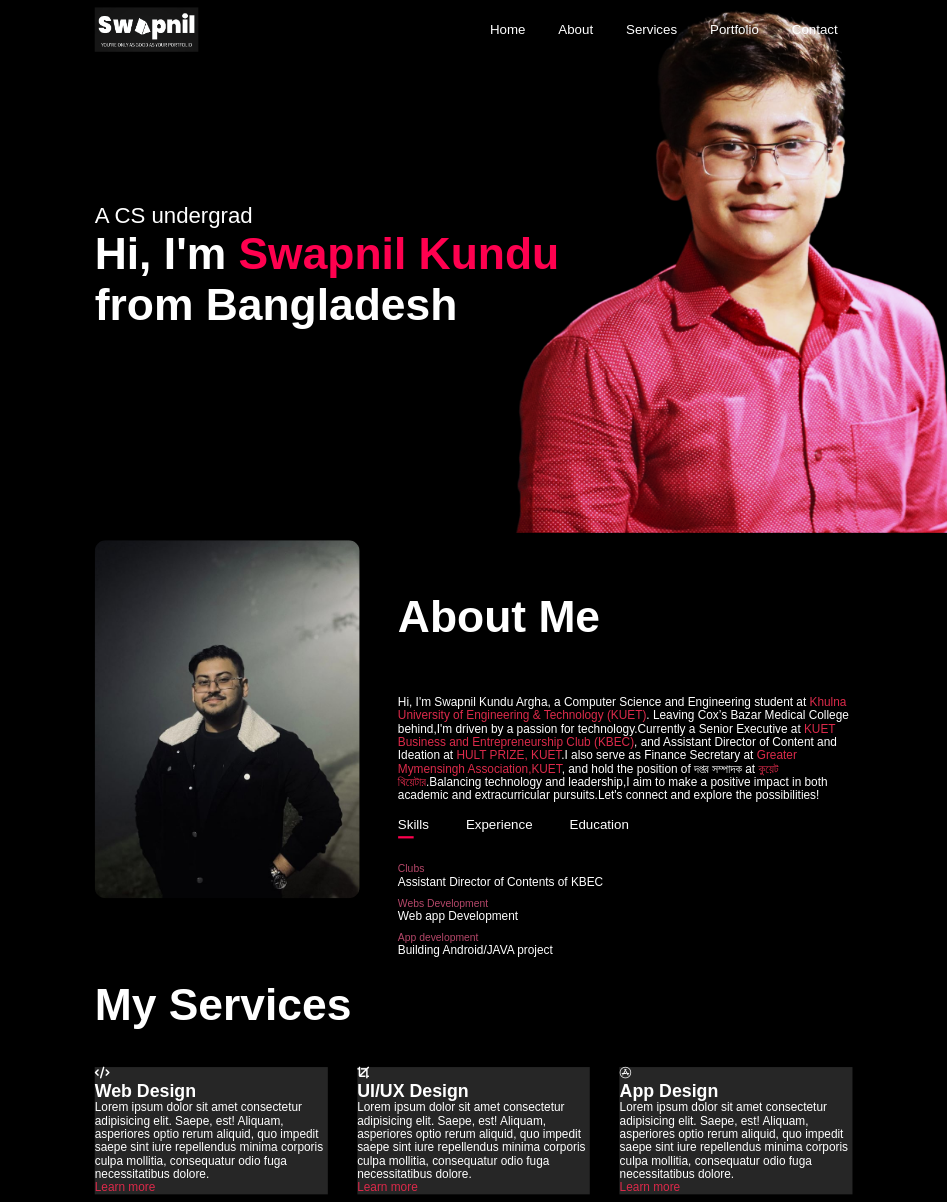
Repository: SwapnilKundu/portfolio
Page: index.html
An editor plug-in stored every save of this project. The page is shown before and after the next save, followed by the edit.
The browser window is 1280 px wide. The pictures show the whole page, at 74% of full size.
Some web libraries are served in a nearby version.

Above is the page before, as saved 2024-01-20 10:16:07.

### index.html
<!DOCTYPE html>
<html lang="en">
<head>
    <meta charset="UTF-8">
    <meta name="viewport" content="width=device-width, initial-scale=1.0">
    <title>Personal Portfolio Website</title>
    <link rel="stylesheet" href="style.css">
    <script src="https://kit.fontawesome.com/74456a4746.js" crossorigin="anonymous"></script>
</head>
<body>
  <div id="header">
    <div class="container">
        <nav>
            <img src="images/logo1.png" class="logo" width="40" height="60">
            <ul>
                <li><a href ="#">Home</a></li>
                <li><a href ="#">About</a></li>
                <li><a href ="#">Services</a></li>
                <li><a href ="#">Portfolio</a></li>
                <li><a href ="#">Contact</a></li>
            </ul>
        </nav>
        <div class="header-text">
            <p>A CS undergrad </p>
            <h1>Hi, I'm <span>Swapnil Kundu</span> <br> from Bangladesh</h1>
        </div>
    </div>
  </div>
  <div id="about">
    <div class="container">
        <div class="row">
            <div class="about-col-1">
                <img src="images/Aboutme4.jpg" alt="Profile Image">
            </div>
            <div class="about-col-2">
                <h1 class="sub-title"><br>About Me</h1>
                <p>
                    <br><br><br><br>Hi, I'm Swapnil Kundu Argha, a Computer Science and Engineering student at <a href="http://www.kuet.ac.bd/" target="_blank">Khulna University of Engineering & Technology (KUET)</a>. Leaving Cox’s Bazar Medical College behind,I'm driven by a passion for technology.Currently a Senior Executive at <a href="https://www.facebook.com/KBEC.official">KUET Business and Entrepreneurship Club (KBEC)</a>, and Assistant Director of Content and Ideation at <a href="https://scontent.fjsr8-1.fna.fbcdn.net/v/t39.30808-6/414475463_878653704262850_605489790676270348_n.jpg?_nc_cat=106&ccb=1-7&_nc_sid=dd5e9f&_nc_eui2=AeG7qaCzWQGluZMTMKWtrD6ipcnI0dawWuilycjR1rBa6PLkHzdtJERiOyrmRQaxy3TT_q5vz9qIQ5m4l8xfiGP6&_nc_ohc=qg8Pu4EAUVYAX9avaA_&_nc_ht=scontent.fjsr8-1.fna&oh=00_AfBZ6Lqa5248mqS64WxhR3KxGRhN1UCrqkgUgA0V5dsZlw&oe=65AF45DF">HULT PRIZE, KUET</a>.I also serve as Finance Secretary at <a href="#link-to-GMA">Greater Mymensingh Association,KUET</a>, and hold the position of দপ্তর সম্পাদক at <a href="#link-to-theater">কুয়েট থিয়েটার</a>.Balancing technology and leadership,I aim to make a positive impact in both academic and extracurricular pursuits.Let's connect and explore the possibilities!
                </p>

                <div class="tab-titles">
                    <p class="tab-links active" onclick="opentab('skills')">Skills</p>
                    <p class="tab-links" onclick="opentab('experience')">Experience</p>
                    <p class="tab-links"onclick="opentab('education')">Education</p>
            </div>
            <div class="tab-contents active-tab"id ="skills">
                <ul>
                    <li><span>Clubs</span><br>Assistant Director of Contents of KBEC</li>
                    <li><span>Webs Development</span><br>Web app Development</li>
                    <li><span>App development</span><br>Building Android/JAVA project</li>
                </ul>
            </div>
            <div class="tab-contents" id ="experience">
                <ul>
                    <li><span>2022-Current</span><br>An Active member of KBEC</li>
                    <li><span>2023-Semester 2.2</span><br>App Development by JAVA</li>
                    <li><span>2024-Semester 3.1</span><br>Web Development by HTML,CSS,JAVA</li>
                    <li><span>2022-Current</span><br>An Active member of KBEC</li>

                </ul>
            </div>

            <div class="tab-contents" id ="education">
                <ul>
                    <li><span>2018</span><br>SSC from Mymensingh Zilla School,Mymensingh</li>
                        <li><span>2020</span><br>HSC from Ananda Mohan College,Mymensingh</li>
                        <li><span>From March,2022</span><br>Currently studying BSc in CSE department</li>
                </ul>
            </div>
        </div>
    </div>
  </div>

  <div id="Services">
    <div class ="container">
    <h1 class="sub-title">My Services</h1>
    <div class ="services-list">

        <div>
            <i class="fa-solid fa-code"></i>
            <h2>
                Web Design
            </h2>
            <p>Lorem ipsum dolor sit amet consectetur adipisicing elit. Saepe, est! Aliquam, asperiores optio rerum aliquid, quo impedit saepe sint iure repellendus minima corporis culpa mollitia, consequatur odio fuga necessitatibus dolore.

            </p>
            <a href="#">Learn more</a>
        </div>
        <div>
            <i class="fa-solid fa-crop"></i>
            <h2>
                UI/UX Design
            </h2>
            <p>Lorem ipsum dolor sit amet consectetur adipisicing elit. Saepe, est! Aliquam, asperiores optio rerum aliquid, quo impedit saepe sint iure repellendus minima corporis culpa mollitia, consequatur odio fuga necessitatibus dolore.

            </p>
            <a href="#">Learn more</a>
        </div>
        <div>
            <i class="fa-brands fa-app-store"></i>
            <h2>

                App Design
            </h2>
            <p>Lorem ipsum dolor sit amet consectetur adipisicing elit. Saepe, est! Aliquam, asperiores optio rerum aliquid, quo impedit saepe sint iure repellendus minima corporis culpa mollitia, consequatur odio fuga necessitatibus dolore.

            </p>
            <a href="#">Learn more</a>
        </div>
        </div>
    </div>
  </div>
  <script>
    var tablinks = document.querySelectorAll(".tab-links");
    var tabcontents = document.querySelectorAll(".tab-contents");

    function opentab(tabname) {
        for (tablink of tablinks) {
            tablink.classList.remove("active-link");
        }

        for (tabcontent of tabcontents) {
            tabcontent.classList.remove("active-tab");
        }

        var activeTab = document.getElementById(tabname);
        activeTab.classList.add("active-tab");

        var activeLink = document.querySelector(`.tab-links[data-tab="${tabname}"]`);
        activeLink.classList.add("active-link");
    }
</script>

</body>
</html>

### style.css
*
{
    margin: 0;
    padding: 0;
    font-family: 'Poppins',sans-serif;
    box-sizing: border-box;
}

body
{
    background: #000;
    color: #fff;
}
#header
{
    width: 100%;
    height: 100vh;
    background-image: url(images/ccc2.png);
    background-size: cover;
    background-position: left;
    background-repeat: no-repeat;
    overflow: hidden;
}
.container
{
padding: 10px 10%;
}
nav{
    display: flex;
    align-items: center;
    justify-content: space-between;
    flex-wrap: wrap;
}
.logo{
    width: 140px;
}

nav ul li{
    display:inline-block;
    list-style: none;
    margin: 10px 20px;

}
nav ul li a{
    color: #fff;
    text-decoration:none ;
    font-size: 18px;
    position: relative;
}

nav ul li a::after
{
    content: '';
    width:0;
    height:3px;
    background:#ff004f;
    position: absolute;
    left: 0;
    bottom: -6px;
    transition: 0.5s;

}
nav ul li a:hover::after
{
    width:100%;
}
.header-text{
    margin-top: 20%;
    font-size: 30px;
}
.header-text h1
{
    font-size:60px;
}
.header-text h1 span
{
    color:#ff004f;
}

#about a {
    color: #db2a4a;
    text-decoration: none;
}

#about a:hover {
    color: #ababab;
}
.row
{
    display: flex;
    justify-content: space-between;
    flex-wrap: wrap;
}

.about-col-1{
    flex-basis:35%;
}
.about-col-1 img
{
    width: 100%;
    border-radius: 15px;
}

.about-col-2
{
    flex-basis: 60%;
}

.sub-title
{
    font-size:60px;
    font-weight:600;
    color:#fff;
}

.tab-titles {
    display: flex;
    margin: 20px 0 40px;
}

.tab-links {
    margin-right: 50px;
    font-size: 18px;
    font-weight: 500;
    cursor: pointer;
    position: relative;
    color: #fff;
    text-decoration: none;
    transition: color 0.5s;
}

.tab-links::after {
    content: '';
    width: 0;
    height: 3px;
    background: #ff004f;
    position: absolute;
    left: 0;
    bottom: -8px;
    transition: 0.5s;
}

.tab-links:hover {
    color: #ff004f; /* Change the color on hover */
}

.tab-links.active::after {
    width: 50%;
}
.tab-contents ul li
{
    list-style:none;
    margin:10px 0;
}
.tab-contents ul li span
{
    color:#b54769;
    font-size: 14px;
}
.tab-contents
{
    display: none;
}
.tab-contents.active-tab
{
    display: block;
}




#services-list
{

    padding :30px 0;
}
.services-list
{
    display:grid;
    grid-template-columns: repeat(auto-fit,minmax(250px, 1fr));
    grid-gap:40px;
    margin-top: 50px;
}
.services-list div{
    background:#262626;

}

After the next save:
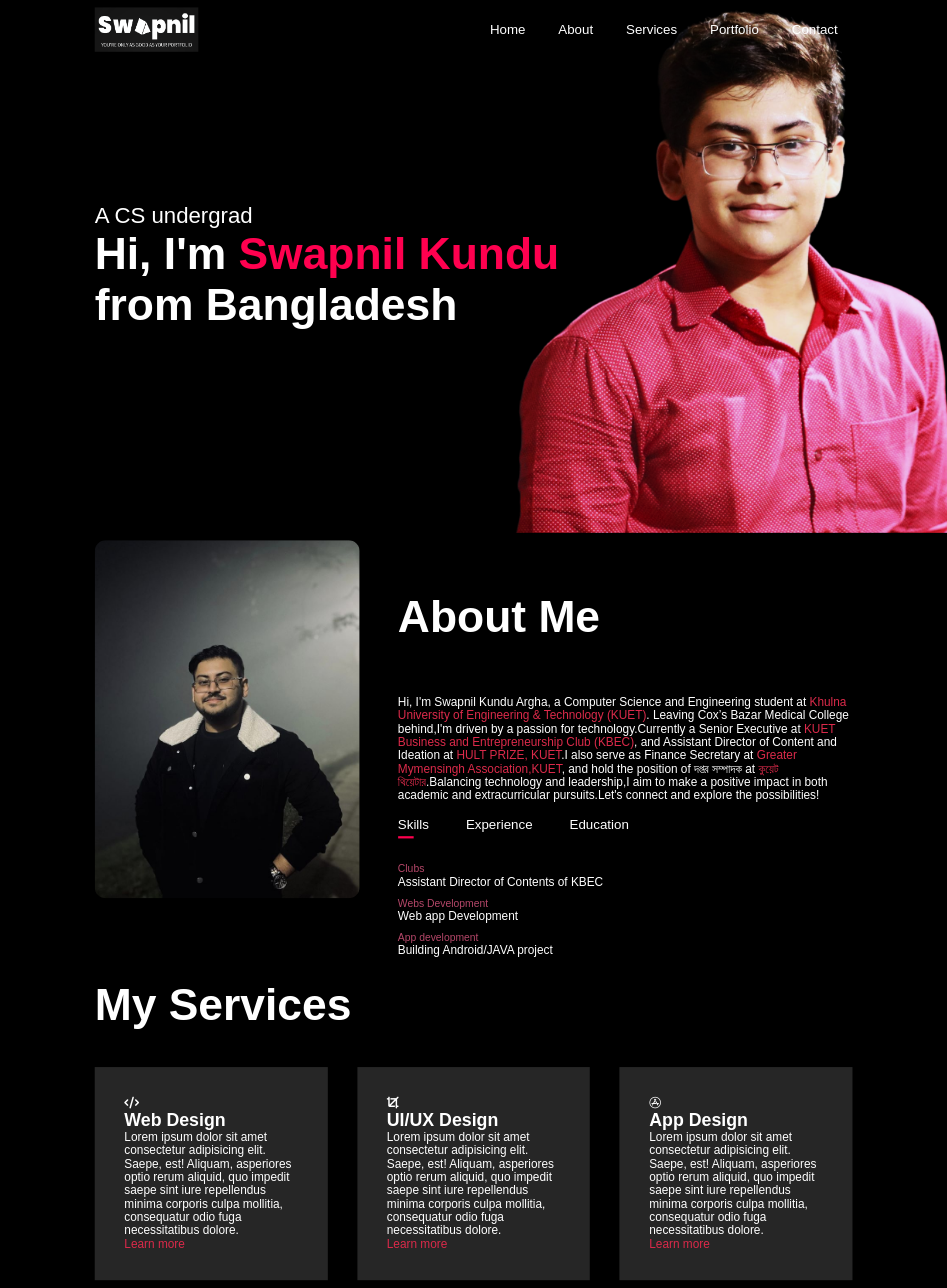
Saved 8 s later.
--- a/style.css
+++ b/style.css
@@ -183,5 +183,6 @@ nav ul li a:hover::after
 }
 .services-list div{
     background:#262626;
-
+    padding: 40px;
+    ;
 }
